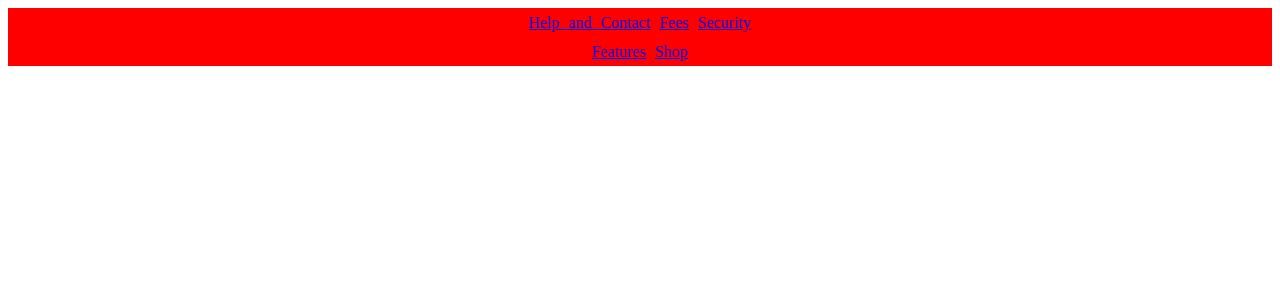
Repository: Jayeola3/Paypal
Page: text.html
An editor plug-in stored every save of this project. The page is shown before and after the next save, followed by the edit.
The browser window is 1280 px wide. The pictures show the whole page.

Above is the page before, as saved 2022-06-29 13:22:08.

### text.html
<!DOCTYPE html>
<html lang="en">
<head>
    <meta charset="UTF-8">
    <meta http-equiv="X-UA-Compatible" content="IE=edge">
    <meta name="viewport" content="width=device-width, initial-scale=1.0">
    <title>Document</title>
</head>
<body>
    <div class="moves">
        <a href="http://" class="lin">Help and Contact</a>
        <a href="http://" class="win"> Fees</a>
        <a href="http://" class="gin">Security</a> <br>
        <a href="http://" class="sin">Features</a>
        <a href="http://" class="qin">Shop</a>
    </div>
    <style>
        .moves{
            background-color: red;
            width: 100%;
            line-height: 29px;
            text-align: center;
            word-spacing: 5px;
        }
    </style>
</body>
</html>

After the next save:
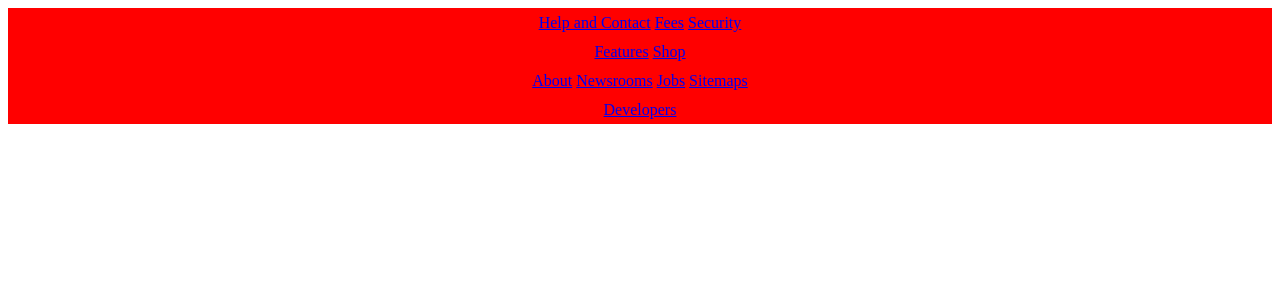
Saved 93 s later.
--- a/text.html
+++ b/text.html
@@ -14,14 +14,24 @@
         <a href="http://" class="sin">Features</a>
         <a href="http://" class="qin">Shop</a>
     </div>
+    <div class="bout">
+        <a href="http://" class="bin">About</a>
+        <a href="http://" class="won">Newsrooms</a>
+        <a href="http://" class="gon">Jobs</a>
+        <a href="http://" class="son">Sitemaps</a><br>
+        <a href="http://" class="qon">Developers</a>
     <style>
         .moves{
             background-color: red;
             width: 100%;
             line-height: 29px;
             text-align: center;
-            word-spacing: 5px;
         }
+        .bout{
+            background-color: red;
+            width: 100%;
+            line-height: 29px;
+            text-align: center;
     </style>
 </body>
 </html>
